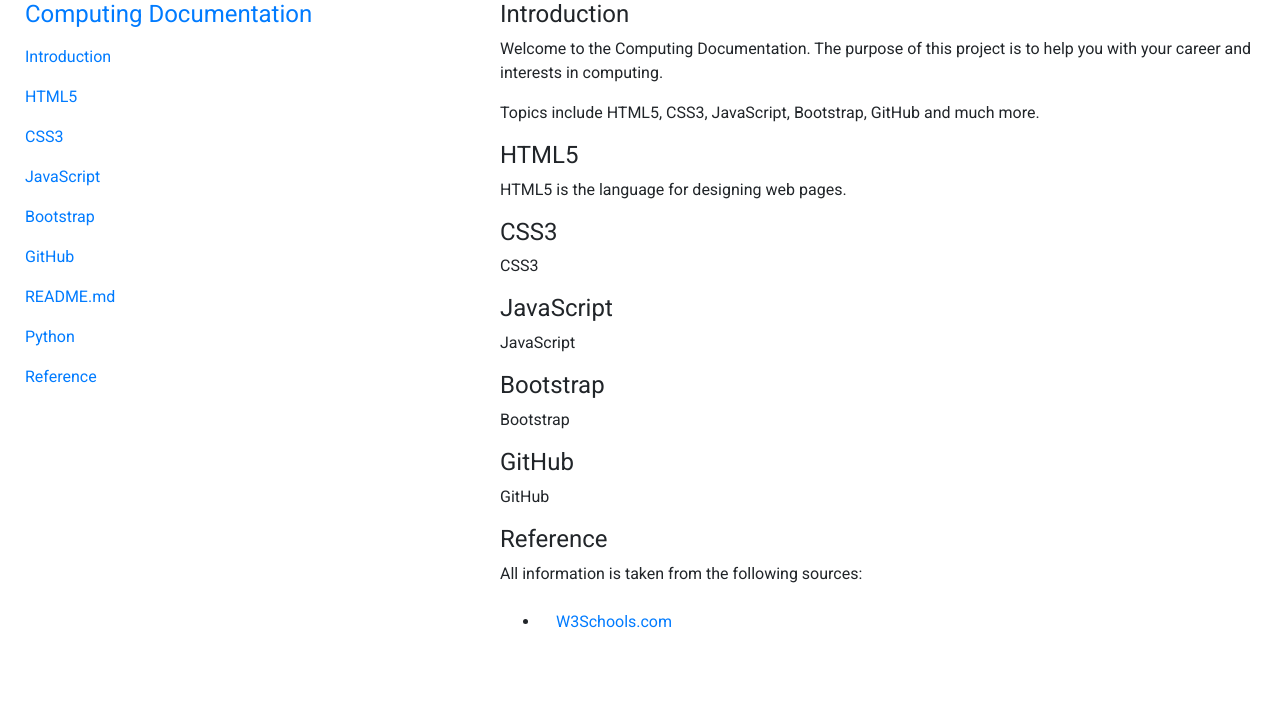
Repository: derektypist/technical-documentation-page
Page: index.html
The author's editor kept a record of every edit. The page is drawn from the files as they stood at one moment, then again after the next edit.
The browser window is 1280 px wide. The pictures show the whole page.

Above is the page before.

### index.html
<!DOCTYPE html>
<html lang="en">
<head>
    <meta charset="UTF-8">
    <meta name="viewport" content="width=device-width, initial-scale=1.0">
    <meta http-equiv="X-UA-Compatible" content="ie=edge">
    <title>Technical Documentation Page</title>
    <!-- Load Style Sheets -->
    <link rel="stylesheet" href="https://maxcdn.bootstrapcdn.com/bootstrap/4.4.1/css/bootstrap.min.css" integrity="sha384-Vkoo8x4CGsO3+Hhxv8T/Q5PaXtkKtu6ug5TOeNV6gBiFeWPGFN9MuhOf23Q9Ifjh" crossorigin="anonymous">
    <link href="https://fonts.googleapis.com/css?family=Roboto|Roboto+Mono&display=swap" rel="stylesheet">
    <style>
        /* Navigation */
        #navbar {
          font-family: "Roboto", Arial, Verdana, sans-serif;
          margin-left: 25px;
          position: fixed;
        }

        /* Main Content */
        #main-doc {
          font-family: "Roboto", Arial, Verdana, sans-serif;
          padding-left: 450px;
        }

        /* Main Section */
        .main-section {
          margin-left: 50px;
        }
    </style>
</head>
<body>
    <!-- Set Up Navigation -->
    <nav class="navbar-nav" id="navbar">
      <header>
        <h4><a href="index.html" title="Return to Home Page">Computing Documentation</a></h4>
      </header>


    <!-- Set Up List Items Vertically -->
    <ul class="navbar-nav">
      <li class="nav-item">
        <a class="nav-link" href="#Introduction">Introduction</a>
      </li>
      <li class="nav-item">
        <a class="nav-link" href="#HTML5">HTML5</a>
      </li>
      <li class="nav-item">
        <a class="nav-link" href="#CSS3">CSS3</a>
      </li>
      <li class="nav-item">
        <a class="nav-link" href="#JavaScript">JavaScript</a>
      </li>
      <li class="nav-item">
        <a class="nav-link" href="#Bootstrap">Bootstrap</a>
      </li>
      <li class="nav-item">
        <a class="nav-link" href="#GitHub">GitHub</a>
      </li>
      <li class="nav-item">
        <a class="nav-link" href="#README_._md">README.md</a>
      </li>
      <li class="nav-item">
        <a class="nav-link" href="#Python">Python</a>
      </li>
      <li>
        <a class="nav-link" href="#Reference">Reference</a>
      </li>
</nav>

<!-- Set Up Main Content -->
<main id="main-doc">

<!-- Provide Section for Introduction -->
<section class="main-section">
  <header id="Introduction">
    <h4>Introduction</h4>
  </header>
  <article>
    <p>Welcome to the Computing Documentation.
    The purpose of this project is to help you with your career and interests in computing.</p>
    <p>Topics include HTML5, CSS3, JavaScript, Bootstrap, GitHub and much more.</p>
  </article>
</section>

<!-- Provide Section for HTML5 -->
<section class="main-section">
  <header id="HTML5">
    <h4>HTML5</h4>
  </header>
  <article>
    <p>HTML5 is the language for designing web pages.</p>
  </article>
</section>

<!-- Provide Section for CSS3 -->
<section class="main-section">
  <header id="CSS3">
    <h4>CSS3</h4>
  </header>
  <article>
    <p>CSS3</p>
  </article>
</section>

<!-- Provide Section for JavaScript -->
<section class="main-section">
  <header id="JavaScript">
    <h4>JavaScript</h4>
  </header>
  <article>
    <p>JavaScript</p>
  </article>
</section>

<!-- Provide Section for Bootstrap -->
<section class="main-section">
  <header id="Bootstrap">
    <h4>Bootstrap</h4>
  </header>
  <article>
    <p>Bootstrap</p>
  </article>
</section>


<!-- Provide Section for GitHub -->
<section class="main-section">
  <header id="GitHub">
    <h4>GitHub</h4>
  </header>
  <article>
    <p>GitHub</p>
  </article>
</section>
<!-- Provide Section for Reference -->
<section class="main-section">
  <header id="Reference">
    <h4>Reference</h4>
  </header>
  <article>
    <p>All information is taken from the following sources:</p>
    <ul>
      <li class="nav-item">
      <a class="nav-link" href="https://www.w3schools.com" target="_blank">W3Schools.com</a>
    </li>
    </ul>
  </article>
</section>
</main>
</body>
</html>

After the next edit:
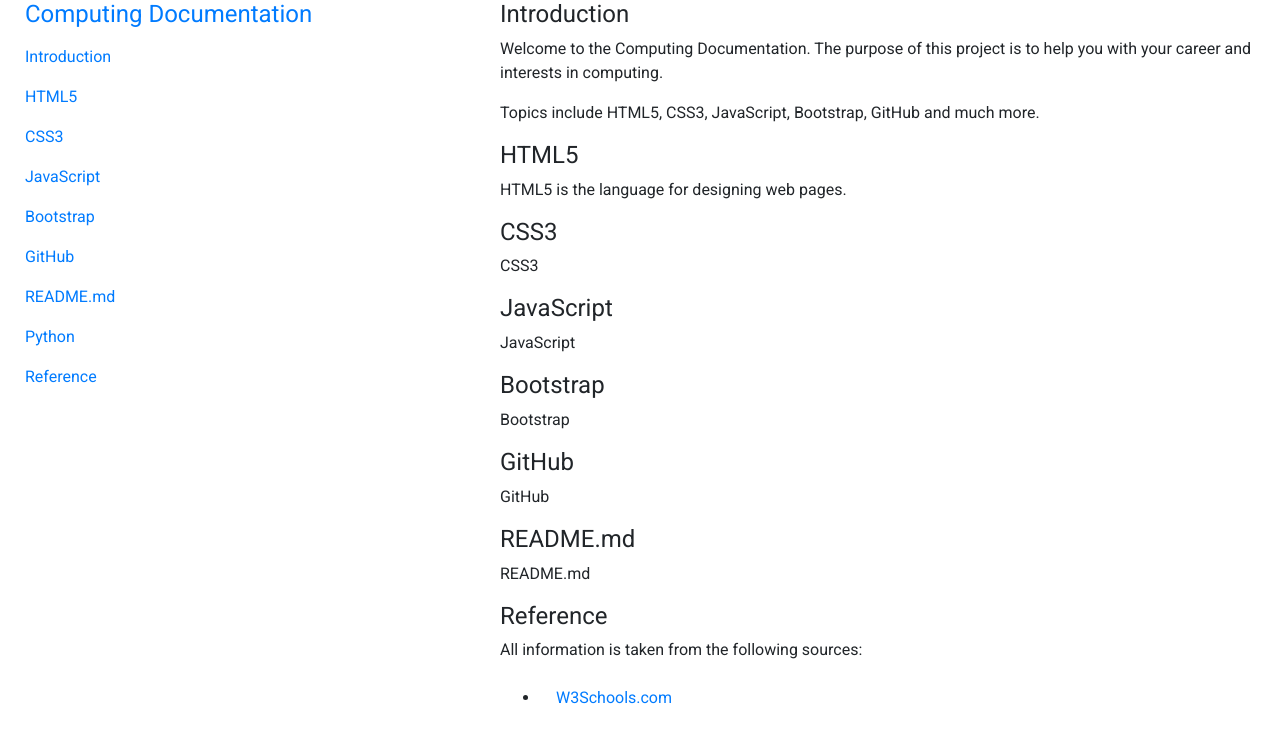
The edit:
--- a/index.html
+++ b/index.html
@@ -132,6 +132,17 @@
     <p>GitHub</p>
   </article>
 </section>
+
+<!-- Provide Section for README.md -->
+<section class="main-section">
+  <header id="README_._md">
+    <h4>README.md</h4>
+  </header>
+  <article>
+    <p>README.md</p>
+  </article>
+</section>
+
 <!-- Provide Section for Reference -->
 <section class="main-section">
   <header id="Reference">
